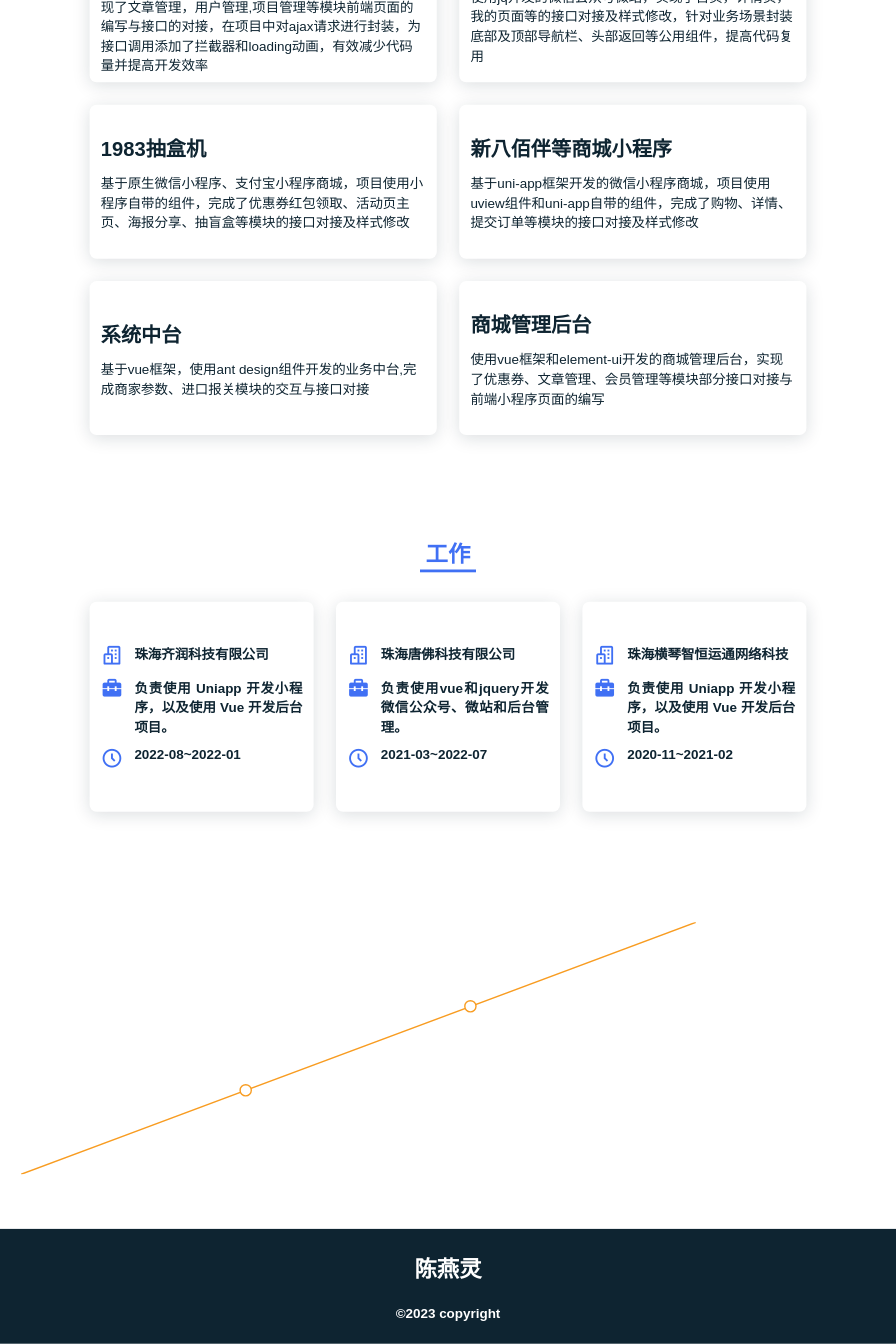
Repository: alinlinbo/yanling-resume-site
Page: index.html
An editor plug-in stored every save of this project. The page is shown before and after the next save, followed by the edit.
The browser window is 1280 px wide. The pictures show the part of the page from y = 2371 to 4291 px (the page is 4291 px tall before and 3753 px after), at 70% of full size.

Above is the page before, as saved 2023-09-22 18:26:33.

### index.html
<!DOCTYPE html>
<html lang="en">

<head>
    <meta charset="UTF-8">
    <meta name="viewport" content="width=device-width, initial-scale=1.0">

    <link rel="stylesheet" href="assets/css/style.css">
    <link href='https://unpkg.com/boxicons@2.1.4/css/boxicons.min.css' rel='stylesheet'>
    <link rel="stylesheet" href="https://cdnjs.cloudflare.com/ajax/libs/font-awesome/5.15.4/css/all.min.css" />
    <title>陈燕灵简历</title>

</head>

<body>
    <!-- header -->

    <header class="l-header">
        <nav class="nav bd-grid">
            <div>
                <a href="#" class="nav__logo">陈燕灵</a>
            </div>

            <div class="nav__menu" id="nav-menu">
                <ul class="nav__list">
                    <li class="nav__item">
                        <a href="#home" class="nav__link active">介绍</a>
                    </li>
                    <li class="nav__item">
                        <a href="#skills" class="nav__link">技术</a>
                    </li>
                    <li class="nav__item">
                        <a href="#about" class="nav__link">关于</a>
                    </li>
                    <li class="nav__item">
                        <a href="#project" class="nav__link">项目</a>
                    </li>
                    <li class="nav__item">
                        <a href="#work" class="nav__link">工作</a>
                    </li>

                    <!-- <li class="nav__item">
                        <a href="#contact" class="nav__link">Contact</a>
                    </li> -->
                </ul>
            </div>
            <div class="nav__toggle" id="nav-toggle">
                <svg class="icon svg-icon" aria-hidden="true">
                    <use xlink:href="#icon-list"></use>
                </svg>
            </div>
        </nav>
    </header>

    <main class="l-main">
        <!-- hrme -->
        <section class="home section bd-grid" id="home">
            <div class="home__data">
                <h1 class="home__title">
                    Hi,<br>我是<span class="home__title-color">陈燕灵</span><br> 前端开发
                </h1>
                <h1 class="phone">电话：15919213326</h1>
                <a href="#" style="position: relative; z-index: 10;" class="button" id="contact">联系我</a>
            </div>
            <div class="home__social">
                <a href="#" class="home__social-icon" id="wechat">
                    <svg class="svg-icon-home icon" aria-hidden="true">
                        <use xlink:href="#icon-weixin"></use>
                    </svg>
                </a>
                <div class="home__social-icon">
                    <a href="#" onclick="openNewWindow('https://github.com/alinlinbo')" id="myGit">
                        <svg class="svg-icon-home icon" aria-hidden="true">
                            <use xlink:href="#icon-github-fill"></use>
                        </svg>

                    </a>
                    <div class=" home__git">
                        <a href="#" onclick="openNewWindow('https://github.com/alinlinbo')">https://github.com/alinlinbo</a>
                    </div>
                </div>
                <div class="home__social-icon">
                    <a href="#" id="myPhone">
                        <svg class="svg-icon-home svg-icon icon" aria-hidden="true">
                            <use xlink:href="#icon-phone"></use>
                        </svg>
                    </a>
                    <div class=" home__phone">
                        <div>15919213326</div>
                    </div>
                </div>



                <div class=" home__code">
                    <img src="assets/img/wechat_code.png" alt="">
                </div>


            </div>

            <div class="home__img">
                <img class="home__img" src="assets/img/head1.jpg" alt="">
            </div>
        </section>

        <section class="skills section" id="skills">
            <h2 class="section-title">技术</h2>

            <div class="project__container bd-grid">
                <div class="skills__data">
                    <div class="skills__item">
                        <div class="skill__introduce">
                            <div class="skills__intr__r">
                                <i class='bx bxl-html5 skills__icon'></i><span>HTML5</span>
                            </div>

                            <div class="skills__bar">90%</div>
                        </div>

                        <div class="skills__line skills__line90"></div>
                    </div>
                </div>
                <div class="skills__data">
                    <div class="skills__item">
                        <div class="skill__introduce">
                            <div class="skills__intr__r">
                                <i class='bx bxl-css3 skills__icon'></i><span>CSS3</span>
                            </div>

                            <div class="skills__bar">80%</div>
                        </div>

                        <div class="skills__line80 skills__line"></div>
                    </div>
                </div>
                <div class="skills__data">
                    <div class="skills__item">
                        <div class="skill__introduce">
                            <div class="skills__intr__r">
                                <i class='bx bxl-javascript skills__icon'></i><span>JavaScript</span>
                            </div>

                            <div class="skills__bar">85%</div>
                        </div>

                        <div class="skills__line85 skills__line"></div>
                    </div>
                </div>
                <div class="skills__data">
                    <div class="skills__item">
                        <div class="skill__introduce">
                            <div class="skills__intr__r">
                                <i class='bx bxl-vuejs skills__icon color-vue'></i><span>Vue</span>
                            </div>

                            <div class="skills__bar">70%</div>
                        </div>

                        <div class="skills__line70 skills__line"></div>
                    </div>
                </div>
                <div class="skills__data">
                    <div class="skills__item">
                        <div class="skill__introduce">
                            <div class="skills__intr__r">
                                <i class='bx bx-link skills__icon color-vue'></i><span>小程序、Uniapp</span>
                            </div>

                            <div class="skills__bar">75%</div>
                        </div>

                        <div class=" skills__line skills__line75"></div>
                    </div>
                </div>
                <div class="skills__data">
                    <div class="skills__item">
                        <div class="skill__introduce">
                            <div class="skills__intr__r">
                                <i class='bx bx-landscape skills__icon color-vue'></i><span>Nuxt.js</span>
                            </div>

                            <div class="skills__bar">65%</div>
                        </div>

                        <div class=" skills__line skills__line65"></div>
                    </div>
                </div>
            </div>
        </section>
        <section class="about section" id="about">
            <h2 class="section-title">关于</h2>
            <div class="about__container bd-grid">
                <div class="about__img">
                    <img src="assets/img/about.jpg" alt="">
                </div>
                <div class="about__sub">
                    <h2 class="about__subtitle">I'am 陈燕灵</h2>
                    <p class="about__text">
                        多年 <span>JavaScript(TypeScript )</span>开发经验，熟练掌握<span> ES6+/CSS 3</span>新特性，熟练使用 Vue 、小程序、UniApp 等前端开发框架
                        具有一定的后端开发(<span>Node.js</span>)经验，掌握 <span>MySql</span> 等数据库查询
                        熟悉 <span>Nuxt.js</span>等 meta framework 的使用，能独立搭建<span>全栈 web</span> 应用</p>
                </div>
        </section>

        <section class="project section" id="project">
            <h2 class="section-title">项目</h2>
            <div class="project__container bd-grid">
                <div class="project__data">
                    <div class="project__item">
                        <h2 class="project__subtitle">个人线上简历</h2>
                        <span class="project__text">使用CSS和JavaScript开发的个人线上简历，利用媒体查询和Rem特性同时适配了PC端和移动端，且实现了一些动画</span>
                    </div>
                </div>
                <div class="project__data">
                    <div class="project__item">
                        <h2 class="project__subtitle">润通联合云管家</h2>
                        <span
                            class="project__text">基于uniapp框架开发的微信小程序的缴费小程序。实现了缴费、房屋管理、报修管理等模块的页面、接口对接以及交互。以及axios封装和导航栏等公用组件的封装。</span>
                    </div>
                </div>
                <div class="project__data">
                    <div class="project__item">
                        <h2 class="project__subtitle">寺院后台管理系统</h2>
                        <span
                            class="project__text">使用jq，bootstrap和vue开发的寺院后台管理系统，实现了文章管理，用户管理,项目管理等模块前端页面的编写与接口的对接，在项目中对ajax请求进行封装，为接口调用添加了拦截器和loading动画，有效减少代码量并提高开发效率</span>
                    </div>
                </div>
                <div class="project__data">
                    <div class="project__item">
                        <h2 class="project__subtitle">寺院公众号项目</h2>
                        <span
                            class="project__text">使用jq开发的微信公众号微站，实现了首页，详情页，我的页面等的接口对接及样式修改，针对业务场景封装底部及顶部导航栏、头部返回等公用组件，提高代码复用</span>
                    </div>
                </div>
                <div class="project__data">
                    <div class="project__item">
                        <h2 class="project__subtitle">1983抽盒机</h2>
                        <span
                            class="project__text">基于原生微信小程序、支付宝小程序商城，项目使用小程序自带的组件，完成了优惠券红包领取、活动页主页、海报分享、抽盲盒等模块的接口对接及样式修改</span>
                    </div>
                </div>
                <div class="project__data">
                    <div class="project__item">
                        <h2 class="project__subtitle">新八佰伴等商城小程序</h2>
                        <span
                            class="project__text">基于uni-app框架开发的微信小程序商城，项目使用uview组件和uni-app自带的组件，完成了购物、详情、提交订单等模块的接口对接及样式修改</span>
                    </div>
                </div>
                <div class="project__data">
                    <div class="project__item">
                        <h2 class="project__subtitle">系统中台</h2>
                        <span class="project__text">基于vue框架，使用ant design组件开发的业务中台,完成商家参数、进口报关模块的交互与接口对接</span>
                    </div>
                </div>
                <div class="project__data">
                    <div class="project__item">
                        <h2 class="project__subtitle">商城管理后台</h2>
                        <span
                            class="project__text">使用vue框架和element-ui开发的商城管理后台，实现了优惠券、文章管理、会员管理等模块部分接口对接与前端小程序页面的编写</span>
                    </div>
                </div>
        </section>

        <section class="work section" id="work">
            <h2 class="section-title">工作</h2>
            <div class="work__container bd-grid">

                <div class="work__data">
                    <div class="work__name">
                        <i class='bx bx-buildings work__icon'></i>
                        <span class="work__name">珠海齐润科技有限公司</span>
                    </div>
                    <div class="work__name">
                        <i class='bx bxs-briefcase-alt-2 work__icon'></i>
                        <span class="work__name">负责使用 Uniapp 开发小程序，以及使用 Vue 开发后台项目。</span>
                    </div>
                    <div class="work__name">
                        <i class='bx bx-time-five work__icon'></i>
                        <span class="work__name">2022-08~2022-01</span>
                    </div>
                </div>
                <div class="work__data">
                    <div class="work__name">
                        <i class='bx bx-buildings work__icon'></i>
                        <span class="work__name">珠海唐佛科技有限公司</span>
                    </div>
                    <div class="work__name">
                        <i class='bx bxs-briefcase-alt-2 work__icon'></i>
                        <span class="work__name">负责使用vue和jquery开发微信公众号、微站和后台管理。</span>
                    </div>
                    <div class="work__name">
                        <i class='bx bx-time-five work__icon'></i>
                        <span class="work__name">2021-03~2022-07</span>
                    </div>
                </div>
                <div class="work__data">
                    <div class="work__name">
                        <i class='bx bx-buildings work__icon'></i>
                        <span class="work__name">珠海横琴智恒运通网络科技</span>
                    </div>
                    <div class="work__name">
                        <i class='bx bxs-briefcase-alt-2 work__icon'></i>
                        <span class="work__name">负责使用 Uniapp 开发小程序，以及使用 Vue 开发后台项目。</span>
                    </div>
                    <div class="work__name">
                        <i class='bx bx-time-five work__icon'></i>
                        <span class="work__name">2020-11~2021-02</span>
                    </div>
                </div>

            </div>
        </section>
        <!-- <section class="contact section" id="contact">
            <h2 class="section-title">Contact</h2>
            <div class="contact__container bd-grid">
                <form action="" class="contact__form">
                    <input type="text" placeholder="Name" class="contact__input">
                    <input type="email" placeholder="Email" class="contact__input">
                    <label for="contact-message"></label>
                    <textarea id="contact-message" name="message" cols="30" rows="10" class="contact__input"></textarea>

                    <input type="button" value="Enviar" class="contact__button button">
                </form>
            </div>
        </section> -->
        <section class="work section">
            <div class="svg__content">
                <svg >
                    <!-- 三段直线 -->
                    <path class="line" id="line" d="" stroke="#F89C21" stroke-width="2" fill="none" />
                    <!-- 两个间隔小圆点 -->
                    <circle class="d-none" id="c1" cx="200" cy="50" r="8" stroke="#F89C21" stroke-width="2" fill="white" />
                    <circle class="d-none" id="c2" cx="100" cy="50" r="8" stroke="#F89C21" stroke-width="2" fill="white" />
                </svg>
            </div>

        </section>

    </main>

    <footer class="footer">
        <p class="footer__title">陈燕灵</p>
        <div style="display: none;" class="footer__social">
            <a href="#" class="footer__icon"><i class='bx bxl-facebook'></i></a>
            <a href="#" class="footer__icon"><i class='bx bxl-instagram'></i></a>
            <a href="#" class="footer__icon"><i class='bx bxl-twitter'></i></a>
        </div>
        <p>&#169;2023 copyright</p>
    </footer>
    <!-- <script src="https://unpkg.com/scrollreveal"></script> -->
    <script src="assets/js/main.js"></script>
    <script src="assets/js/iconfont.js"></script>
</body>

</html>

Loaded but not shown: assets/js/iconfont.js (library); assets/js/main.js (231 lines, source omitted); assets/css/style.css (880 lines, source omitted)

After the next save:
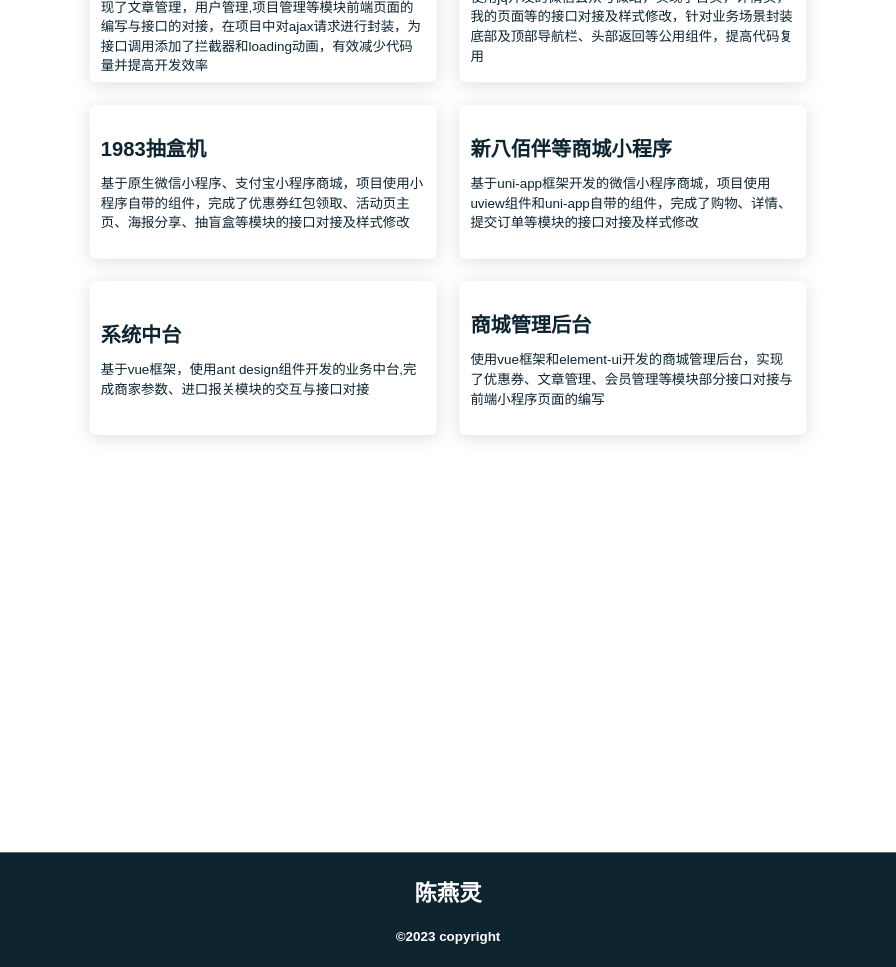
Console error: TypeError: Cannot read properties of null (reading 'offsetWidth')
Saved 32 s later.
--- a/index.html
+++ b/index.html
@@ -262,7 +262,7 @@
                 </div>
         </section>
 
-        <section class="work section" id="work">
+        <!-- <section class="work section" id="work">
             <h2 class="section-title">工作</h2>
             <div class="work__container bd-grid">
 
@@ -310,7 +310,7 @@
                 </div>
 
             </div>
-        </section>
+        </section> -->
         <!-- <section class="contact section" id="contact">
             <h2 class="section-title">Contact</h2>
             <div class="contact__container bd-grid">

After the save that followed:
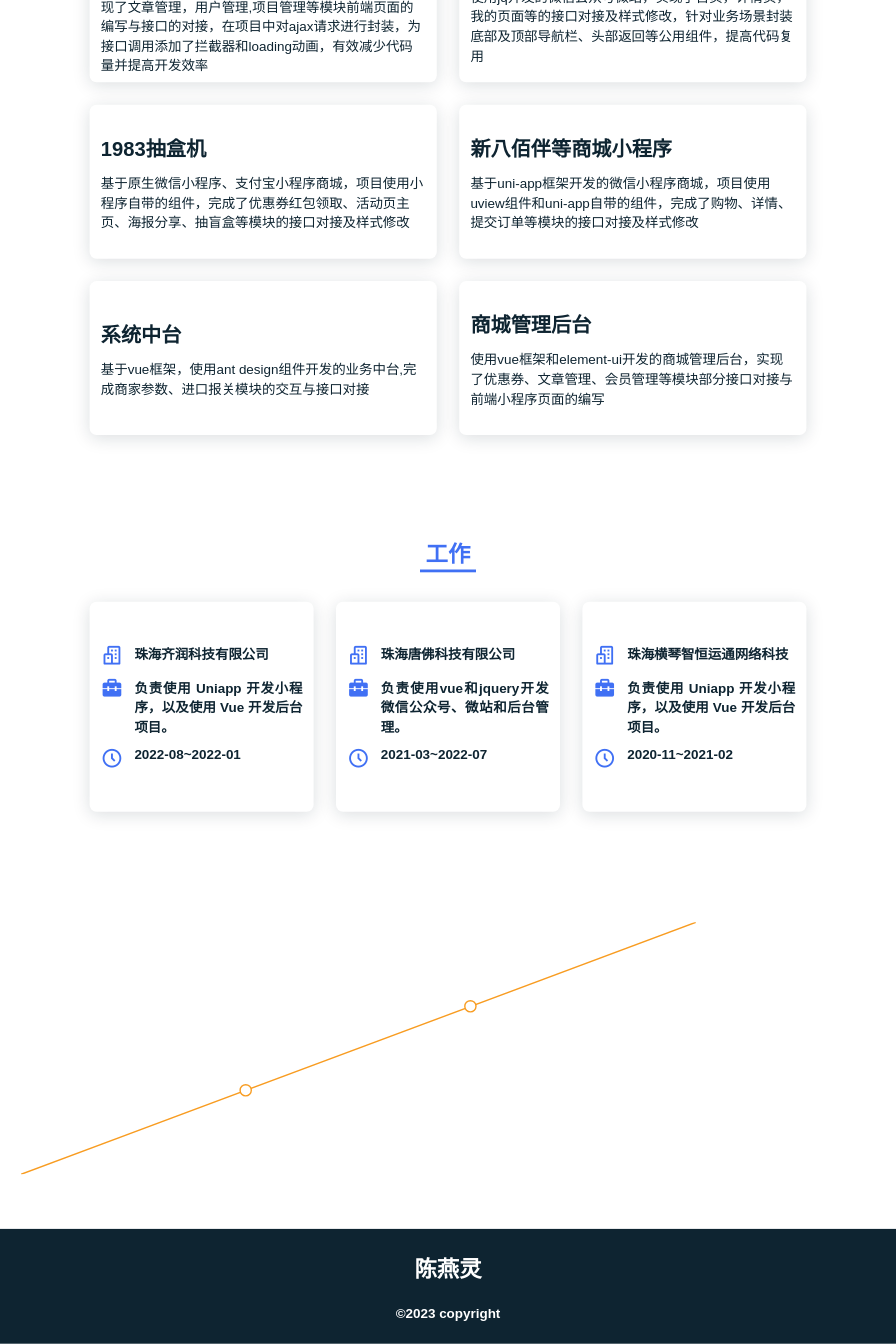
The error is gone.
Saved 27 s later.
--- a/index.html
+++ b/index.html
@@ -262,7 +262,7 @@
                 </div>
         </section>
 
-        <!-- <section class="work section" id="work">
+        <section class="work section" id="work">
             <h2 class="section-title">工作</h2>
             <div class="work__container bd-grid">
 
@@ -310,7 +310,7 @@
                 </div>
 
             </div>
-        </section> -->
+        </section>
         <!-- <section class="contact section" id="contact">
             <h2 class="section-title">Contact</h2>
             <div class="contact__container bd-grid">
